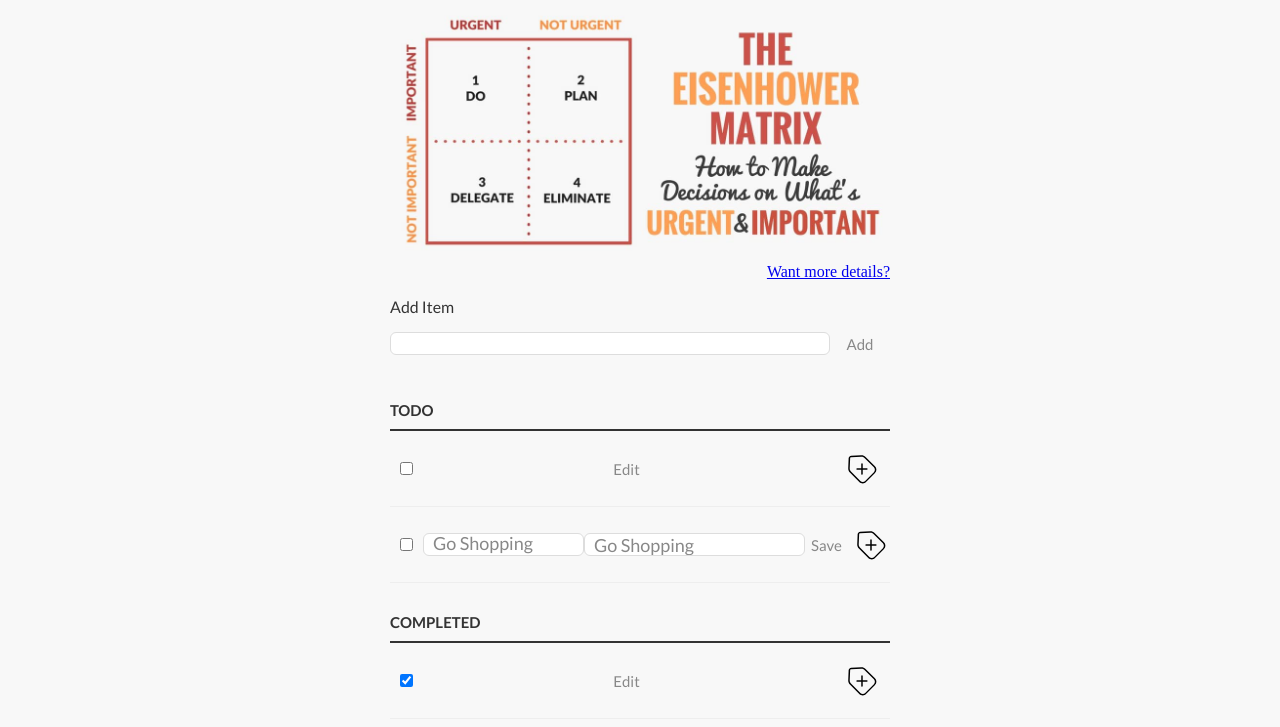
Repository: AlekseyRD88/clean-code-s1e1
Page: index.html
These files come from the project's save history. The page is drawn as it stood at one moment and after the next save; the edit follows.
The browser window is 1280 px wide. The pictures show the whole page.

Above is the page before, as saved 2024-12-15 14:59:25.

### index.html
<!DOCTYPE html>
  <head>
    <title>Todo App</title>
    <link href="https://fonts.googleapis.com/css?family=Lato:300,400,700" rel="stylesheet">
    <link rel="stylesheet" href="style.css" type="text/css" media="screen" charset="utf-8">
  </head>
  <body class="page">
    <header class="header">
      <img src="./eisenhower-matrix.jpg" alt="matrix">
      <a class="more-info" href="https://goal-life.com/page/method/matrix-eisenhower">Want more details?</a>
    </header>
    <main class="center-element">
      <p id="add-elem">
      <label for="new-task">Add Item</label>
        <div class="task-wrapper">
          <input id="new-task" class="task" type="text">
          <button>Add</button>
        </div>
      </p>
      <h3 class="subtitle">Todo</h3>
      <ul id="incomplete-tasks" class="list">
        <li class="list-item">
          <input type="checkbox" class="checkbox">
          <label class="task">Pay Bills</label>
          <input type="text" class="task">
          <button class="button edit">Edit</button>
          <button class="button delete">
            <img src="./remove.svg" alt="icon-remove">
          </button>
        </li>
        <li class="list-item edit-mode">
          <input type="checkbox" class="checkbox">
          <label class="task">Go Shopping</label>
          <input type="text" value="Go Shopping" class="task">
          <button class="edit">Save</button>
          <button class="delete">
            <img src="./remove.svg" alt="icon-remove">
          </button>
        </li>
      </ul>
      <h3 class="subtitle">Completed</h3>
      <ul id="completed-tasks" class="list">
        <li class="list-item">
          <input type="checkbox" class="checkbox" checked>
          <label class="task">See the Doctor</label>
          <input type="text" class="task">
          <button class="button edit">Edit</button>
          <button class="button delete">
            <img src="./remove.svg" alt="icon-remove">
          </button>
        </li>
      </ul>
    </main>
    <script src="app.js"></script>
  </body>
</html>

### style.css
/* Basic Style */
.page {
  background-color: #f8f8f8;
  color: #333;
  font-family: Lato, sans-serif;
}
.header {
  width: 500px;
  margin: 0 auto;
  display: block;
  text-align: right;
}
.header img {
  width: 100%;
}
.header .more-info {
  font-family: fantasy, cursive;
}
@media (max-width:768px) {
  .header {
    text-align: center;
  }
}
.center-element {
  display: block;
  width: 500px;
  margin: 0 auto 0;
}
.task {
  width: 56%;
  display: inline-block;
  flex-grow: 1;
}
.task-wrapper {
  display: flex;
}
.list {
  margin: 0;
  padding: 0px;
}
li,
.subtitle {
  list-style: none;
}
input,button{
  outline: none;
}
button {
  background: none;
  border: 0px;
  color: #888;
  font-size: 15px;
  width: 60px;
  font-family: Lato, sans-serif;
  cursor: pointer;
}
.button:hover {
  color: #3a3A3a;
}
/* Heading */
.subtitle,
.new-task {
  color: #333;
  font-weight: 700;
  font-size: 15px;
  border-bottom: 2px solid #333;
  padding: 30px 0 10px;
  margin: 0;
  text-transform: uppercase;
}
.task {
  margin: 0;
  font-size: 18px;
  line-height: 18px;
  height: 21px;
  padding: 0 9px;
  border: 1px solid #dDd;
  background: #FFF;
  border-radius: 6px;
  font-family: Lato, sans-serif;
  color: #888;
}
.task:focus {
  color: #333;
}
/* New Task */
.new-task {
  display: block;
  margin: 0 0 20px;
}
#new-task {
  width: 318px;
}
/* Task list */
li {
  overflow: hidden;
  padding: 20px 0;
  border-bottom: 1px solid #eee;
  display: flex;
  justify-content: space-between;
  align-items: center;
}
li > * {
  vertical-align: middle;
}
li > .checkbox {
  margin: 0 10px;
}
li > .task-label {
  padding-left: 10px;
  box-sizing: border-box;
  font-size: 18px;
  width: 226px;
}
li > .task {
  width: 226px
}
.delete img {
  height: 2em;
  transform: rotateZ(45deg);
  transition: transform 200ms ease-in;
}
.delete img:hover {
  transform: rotateZ(0);
}
/* Completed */
#completed-tasks label {
  text-decoration: line-through;
  color: #888;
}
/* Edit Task */
ul li .task {
  display: none;
}

ul .edit-mode .task {
  display: inline-block;
  width: 224px;
}

ul .edit-mode label {
  display: none;
}

### app.js
//Document is the DOM can be accessed in the console with document.window.
// Tree is from the top, html, body, p etc.

//Problem: User interaction does not provide the correct results.
//Solution: Add interactivity so the user can manage daily tasks.
//Break things down into smaller steps and take each step at a time.


// Event handling, user interaction is what starts the code execution.

var taskInput = document.getElementById("new-task"); //Add a new task.
var addButton = document.getElementsByTagName("button")[0]; //first button
var incompleteTaskHolder = document.getElementById("incomplete-tasks"); //ul of #incompleteTasks
var completedTasksHolder = document.getElementById("completed-tasks"); //completed-tasks


//New task list item
var createNewTaskElement = function (taskString) {

  var listItem = document.createElement("li");

  //input (checkbox)
  var checkBox = document.createElement("input"); //checkbx
  //label
  var label = document.createElement("label"); //label
  //input (text)
  var editInput = document.createElement("input"); //text
  //button.edit
  var editButton = document.createElement("button"); //edit button

  //button.delete
  var deleteButton = document.createElement("button"); //delete button
  var deleteButtonImg = document.createElement("img"); //delete button image

  label.innerText = taskString;
  label.className = 'task';

  //Each elements, needs appending
  checkBox.type = "checkbox";
  editInput.type = "text";
  editInput.className = "task";

  editButton.innerText = "Edit"; //innerText encodes special characters, HTML does not.
  editButton.className = "edit";

  deleteButton.className = "delete";
  deleteButtonImg.src = './remove.svg';
  deleteButton.appendChild(deleteButtonImg);


  //and appending.
  listItem.appendChild(checkBox);
  listItem.appendChild(label);
  listItem.appendChild(editInput);
  listItem.appendChild(editButton);
  listItem.appendChild(deleteButton);
  return listItem;
}



var addTask = function () {
  console.log("Add Task...");
  //Create a new list item with the text from the #new-task:
  if (!taskInput.value) return;
  var listItem = createNewTaskElement(taskInput.value);

  //Append listItem to incompleteTaskHolder
  incompleteTaskHolder.appendChild(listItem);
  bindTaskEvents(listItem, taskCompleted);

  taskInput.value = "";

}

//Edit an existing task.

var editTask = function () {
  console.log("Edit Task...");
  console.log("Change 'edit' to 'save'");


  var listItem = this.parentNode;

  var editInput = listItem.querySelector('input[type=text]');
  var label = listItem.querySelector("label");
  var editBtn = listItem.querySelector(".edit");
  var containsClass = listItem.classList.contains("edit-mode");
  //If class of the parent is .editmode
  if (containsClass) {

    //switch to .editmode
    //label becomes the inputs value.
    label.innerText = editInput.value;
    editBtn.innerText = "Edit";
  } else {
    editInput.value = label.innerText;
    editBtn.innerText = "Save";
  }

  //toggle .editmode on the parent.
  listItem.classList.toggle("edit-mode");
};


//Delete task.
var deleteTask = function () {
  console.log("Delete Task...");

  var listItem = this.parentNode;
  var ul = listItem.parentNode;
  //Remove the parent list item from the ul.
  ul.removeChild(listItem);

}


//Mark task completed
var taskCompleted = function () {
  console.log("Complete Task...");

  //Append the task list item to the #completed-tasks
  var listItem = this.parentNode;
  completedTasksHolder.appendChild(listItem);
  bindTaskEvents(listItem, taskIncomplete);

}


var taskIncomplete = function () {
  console.log("Incomplete Task...");
  //Mark task as incomplete.
  //When the checkbox is unchecked
  //Append the task list item to the #incompleteTasks.
  var listItem = this.parentNode;
  incompleteTaskHolder.appendChild(listItem);
  bindTaskEvents(listItem, taskCompleted);
}



var ajaxRequest = function () {
  console.log("AJAX Request");
}

//The glue to hold it all together.


//Set the click handler to the addTask function.
addButton.onclick = addTask;
addButton.addEventListener("click", addTask);
addButton.addEventListener("click", ajaxRequest);


var bindTaskEvents = function (taskListItem, checkBoxEventHandler) {
  console.log("bind list item events");
  //select ListItems children
  var checkBox = taskListItem.querySelector("input[type=checkbox]");
  var editButton = taskListItem.querySelector(".edit");
  var deleteButton = taskListItem.querySelector(".delete");


  //Bind editTask to edit button.
  editButton.onclick = editTask;
  //Bind deleteTask to delete button.
  deleteButton.onclick = deleteTask;
  //Bind taskCompleted to checkBoxEventHandler.
  checkBox.onchange = checkBoxEventHandler;
}

//cycle over incompleteTaskHolder ul list items
//for each list item
for (var i = 0; i < incompleteTaskHolder.children.length; i++) {

  //bind events to list items chldren(tasksCompleted)
  bindTaskEvents(incompleteTaskHolder.children[i], taskCompleted);
}




//cycle over completedTasksHolder ul list items
for (var i = 0; i < completedTasksHolder.children.length; i++) {
  //bind events to list items chldren(tasksIncompleted)
  bindTaskEvents(completedTasksHolder.children[i], taskIncomplete);
}




// Issues with usability don't get seen until they are in front of a human tester.

//prevent creation of empty tasks.

//Change edit to save when you are in edit mode.

After the next save:
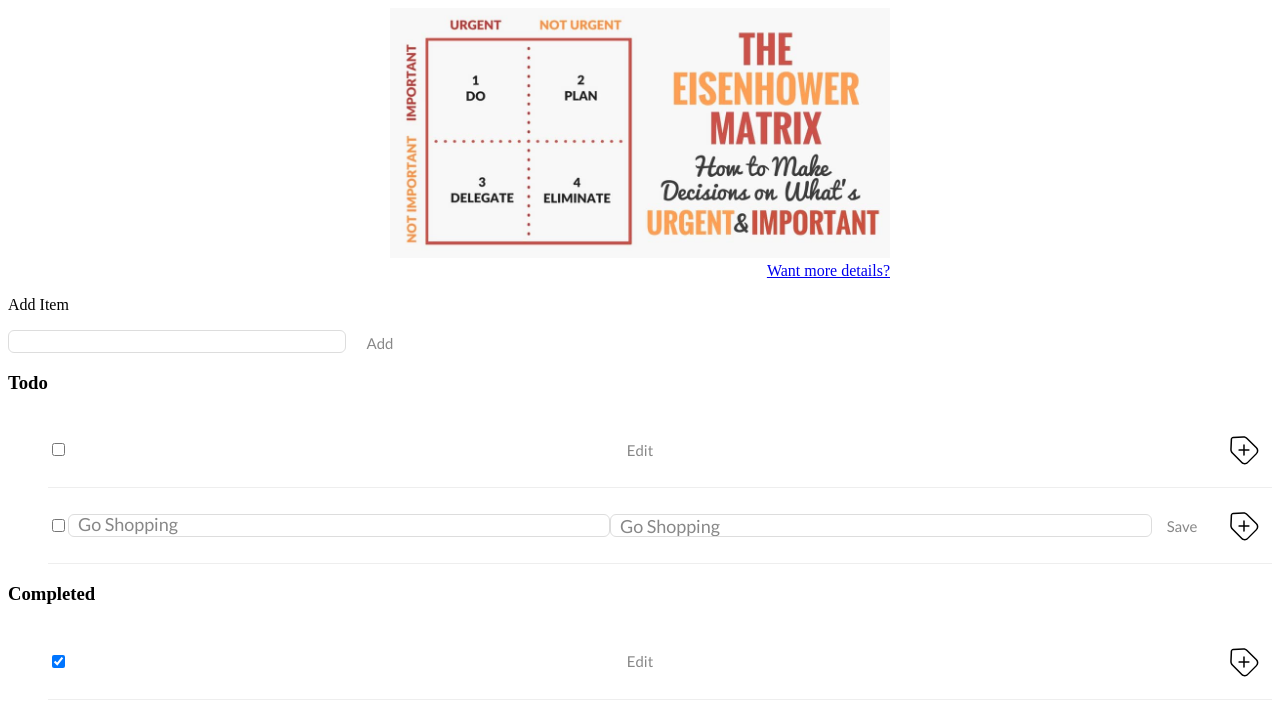
Saved 46 s later.
--- a/index.html
+++ b/index.html
@@ -4,32 +4,32 @@
     <link href="https://fonts.googleapis.com/css?family=Lato:300,400,700" rel="stylesheet">
     <link rel="stylesheet" href="style.css" type="text/css" media="screen" charset="utf-8">
   </head>
-  <body class="page">
+  <body>
     <header class="header">
       <img src="./eisenhower-matrix.jpg" alt="matrix">
-      <a class="more-info" href="https://goal-life.com/page/method/matrix-eisenhower">Want more details?</a>
+      <a class="more-inf" href="https://goal-life.com/page/method/matrix-eisenhower">Want more details?</a>
     </header>
-    <main class="center-element">
+    <main class="centr-element">
       <p id="add-elem">
       <label for="new-task">Add Item</label>
-        <div class="task-wrapper">
+        <div class="task-row-wrapper">
           <input id="new-task" class="task" type="text">
           <button>Add</button>
         </div>
       </p>
-      <h3 class="subtitle">Todo</h3>
-      <ul id="incomplete-tasks" class="list">
-        <li class="list-item">
-          <input type="checkbox" class="checkbox">
+      <h3>Todo</h3>
+      <ul id="incomplete-tasks">
+        <li>
+          <input type="checkbox">
           <label class="task">Pay Bills</label>
           <input type="text" class="task">
-          <button class="button edit">Edit</button>
-          <button class="button delete">
+          <button class="edit">Edit</button>
+          <button class="delete">
             <img src="./remove.svg" alt="icon-remove">
           </button>
         </li>
-        <li class="list-item edit-mode">
-          <input type="checkbox" class="checkbox">
+        <li class="edit-mode">
+          <input type="checkbox">
           <label class="task">Go Shopping</label>
           <input type="text" value="Go Shopping" class="task">
           <button class="edit">Save</button>
@@ -38,14 +38,14 @@
           </button>
         </li>
       </ul>
-      <h3 class="subtitle">Completed</h3>
-      <ul id="completed-tasks" class="list">
-        <li class="list-item">
-          <input type="checkbox" class="checkbox" checked>
+      <h3>Completed</h3>
+      <ul id="completed-tasks">
+        <li>
+          <input type="checkbox" checked>
           <label class="task">See the Doctor</label>
           <input type="text" class="task">
-          <button class="button edit">Edit</button>
-          <button class="button delete">
+          <button class="edit">Edit</button>
+          <button class="delete">
             <img src="./remove.svg" alt="icon-remove">
           </button>
         </li>
